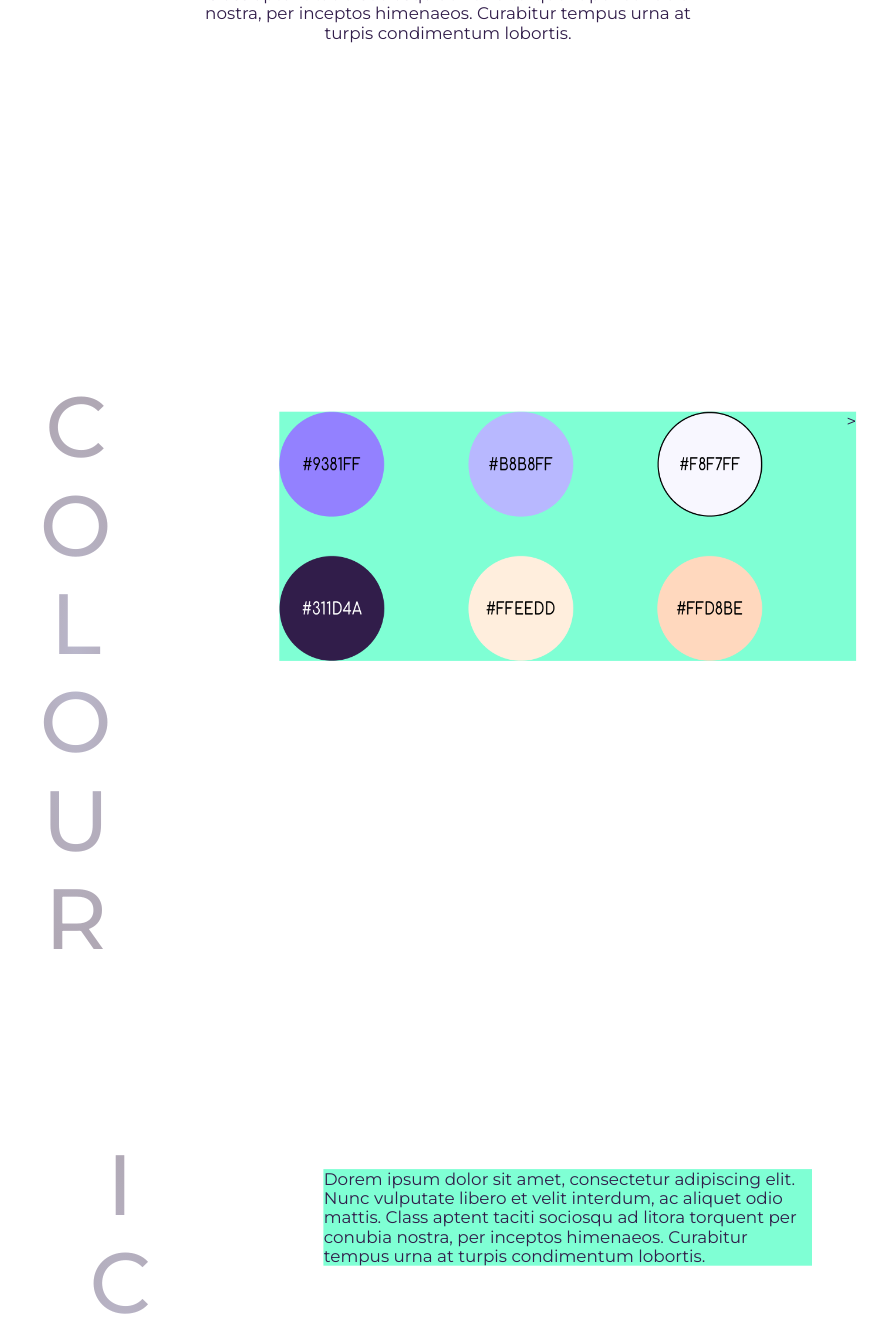
Repository: sierralaurent/Styleguide-Big_Project
Page: visuals.html
An editor plug-in stored every save of this project. The page is shown before and after the next save, followed by the edit.
The browser window is 1280 px wide. The pictures show the part of the page from y = 523 to 2443 px (the page is 3164 px tall), at 70% of full size.
Some web fonts or font styles are not loaded; a fallback is used.

Above is the page before, as saved 2023-03-10 17:38:14.

After the next save:
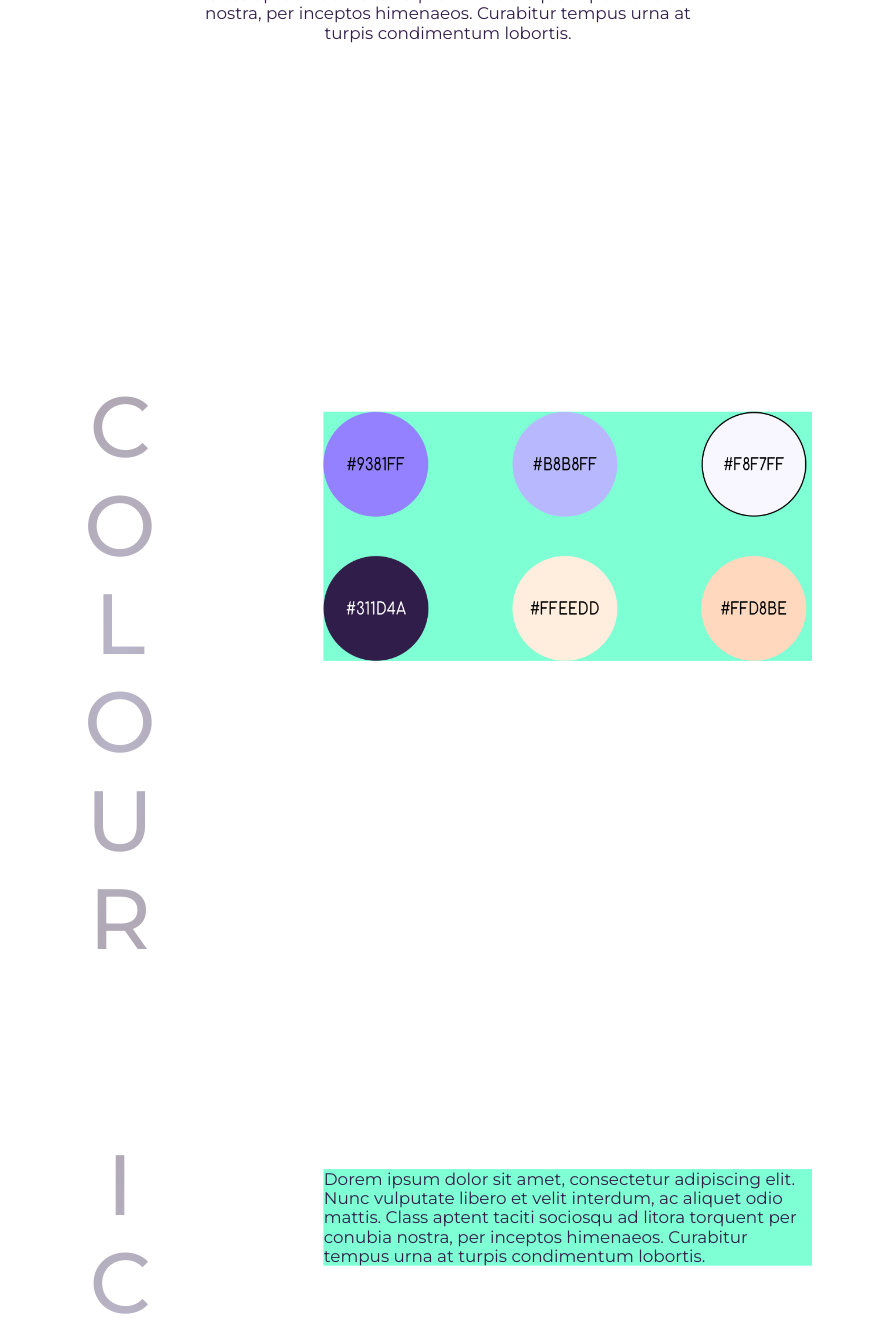
Saved 105 s later.
--- a/visuals.html
+++ b/visuals.html
@@ -87,7 +87,7 @@
               <br />
               <br />
               <img src="assets/colours/Peach.png" alt="peach" width="150px" height="150px">
-            </div>>
+            </div>
             </div>
           </div>
         </div>
